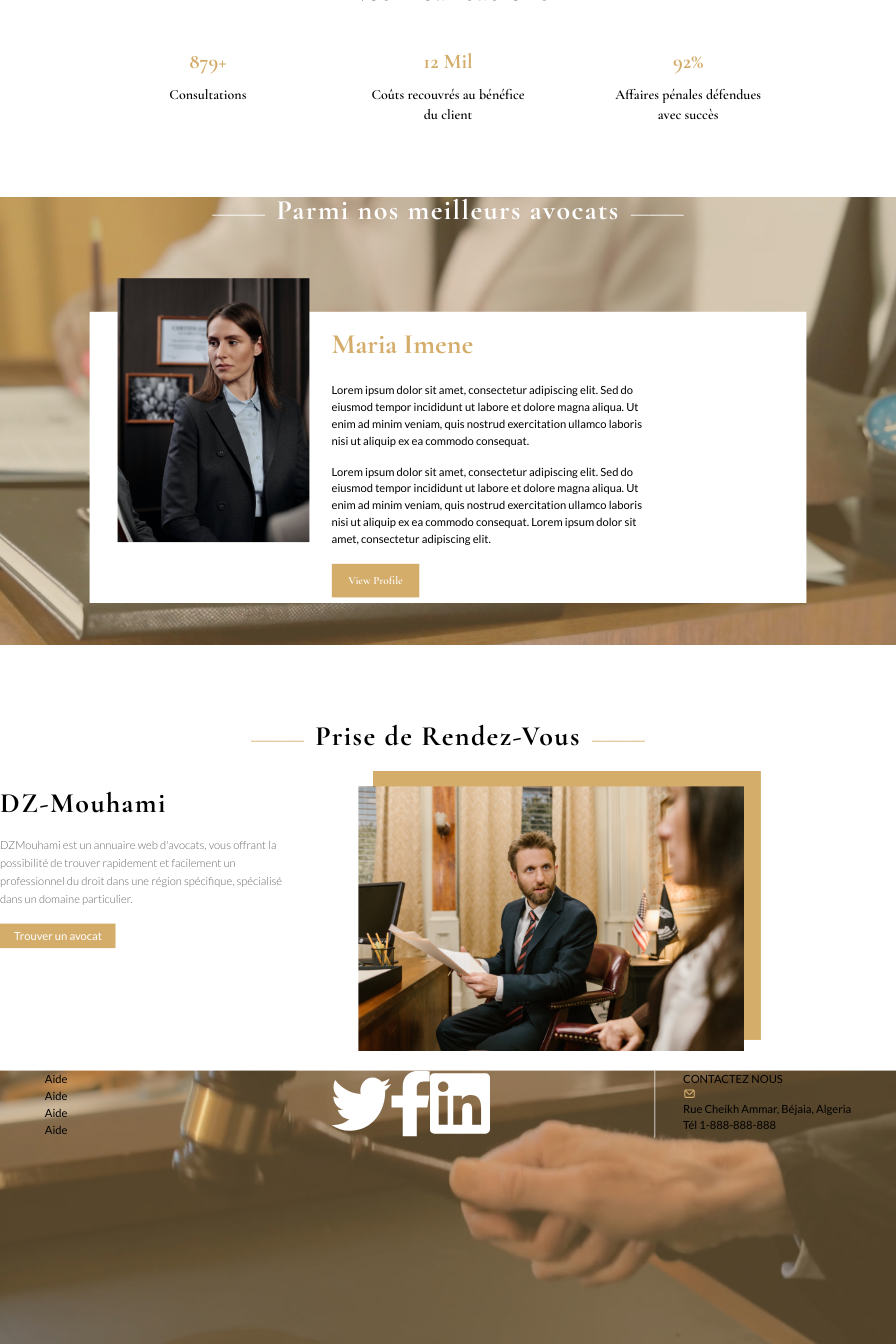
Repository: Chekrouba-Tinhinane/Mohami_dz
Page: / (app in client/)
An editor plug-in stored every save of this project. The page is shown before and after a run of saves, followed by the edit.
The browser window is 1280 px wide. The pictures show the part of the page from y = 2218 to 4138 px (the page is 4166 px tall before and 4102 px after), at 70% of full size.
The project was rebuilt for these pictures with package versions that can differ from the ones it lists, and the page was loaded fresh each time. Also part of the build but not shown: client/vite.config.js, client/src/SignIn.jsx, client/src/components/Selector.jsx, client/src/components/SearchContainer.jsx, client/src/Search.jsx, client/src/components/super/HomeLayout.jsx, client/src/components/Profile.jsx.

Above is the page before, as saved 2024-01-25 12:23:09.

After the next 2 saves:
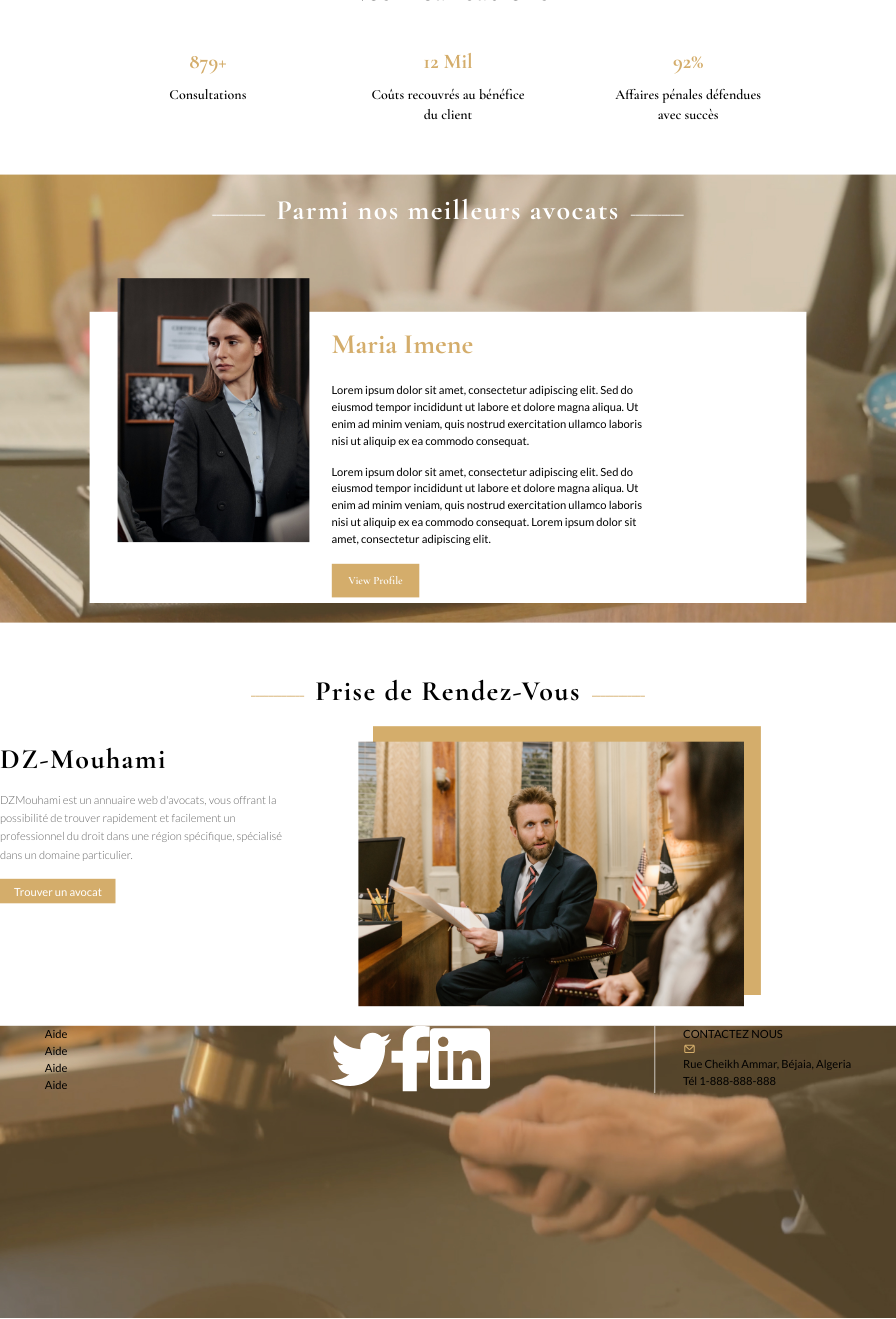
The 2 saves are shown as one change because they came seconds apart.
The last was saved 9 s later.
--- a/client/src/LandingPage.jsx
+++ b/client/src/LandingPage.jsx
@@ -202,7 +202,7 @@ function Achievements() {
 
 function Hero() {
   return (
-    <section id="hero" className=" relative flex w-screen justify-center my-8 py-8">
+    <section id="hero" className=" relative flex w-screen justify-center my-8 ">
       <img
         src={section2}
         className="w-full h-[640px] bg-center object-cover"
